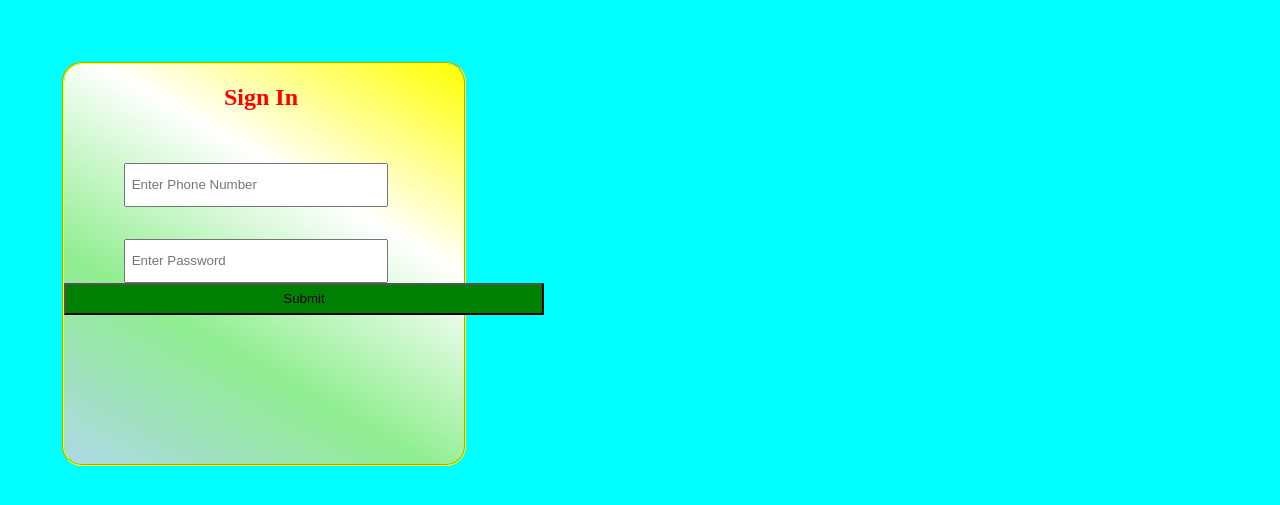
Repository: Amani-Kibet/express-app-web
Page: public/Card.html
These files come from the project's save history. The page is drawn as it stood at one moment and after the next save; the edit follows.
The browser window is 1280 px wide. The pictures show the whole page.

Above is the page before, as saved 2025-09-25 21:22:40.

### public/Card.html
<!DOCTYPE html>
<head>
  <title> Login Page</title>
  <style>
  #board{
    background: linear-gradient(30deg, lightblue, lightgreen, white, yellow);
    width: 25rem;
    height: 25rem;
    border-radius: 18px;
    outline: 2px groove yellow;
    position: absolute;
    top: 4rem;
    left: 4rem;
  }
  h2{
    color: red;
    position: relative;
    left: 10rem
  }
  .inputs{
    width: 16rem;
    height: 38px;
    position: relative;
    left: 60px;
    margin-top: 2rem;
  }
  #submit{
    background: green;
    position: relative;
    width: 30rem;
    height: 2rem;
  }
  </style>
</head>
<body bgColor="cyan">
  <div id="board">
    <h2>Sign In</h2>
    <input type="number" class="inputs" id="phoneI" placeholder=" Enter Phone Number">
    <input type="password" class="inputs" id="passI" placeholder=" Enter Password">
    <<button id="submit">Submit</button>
  </div>
</body>
<script>
  let input1= document.getElementById("input1");
  let btn1= document.getElementById("btn1");

  function f1(){
    let file= input1.files[0];
    let env= new FormData();
    env.append("image", file)

    fetch("http://localhost:3000/path1", {
      method: "POST",
      body: env
    })
  }


</script>
</html>

After the next save:
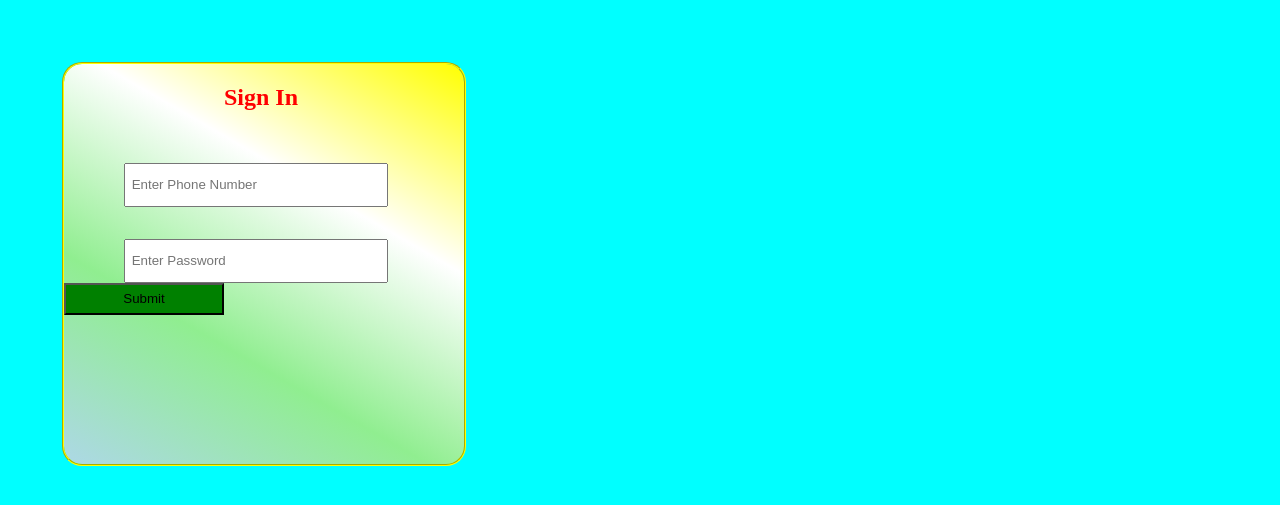
Saved 14 s later.
--- a/public/Card.html
+++ b/public/Card.html
@@ -27,7 +27,7 @@
   #submit{
     background: green;
     position: relative;
-    width: 30rem;
+    width: 10rem;
     height: 2rem;
   }
   </style>
